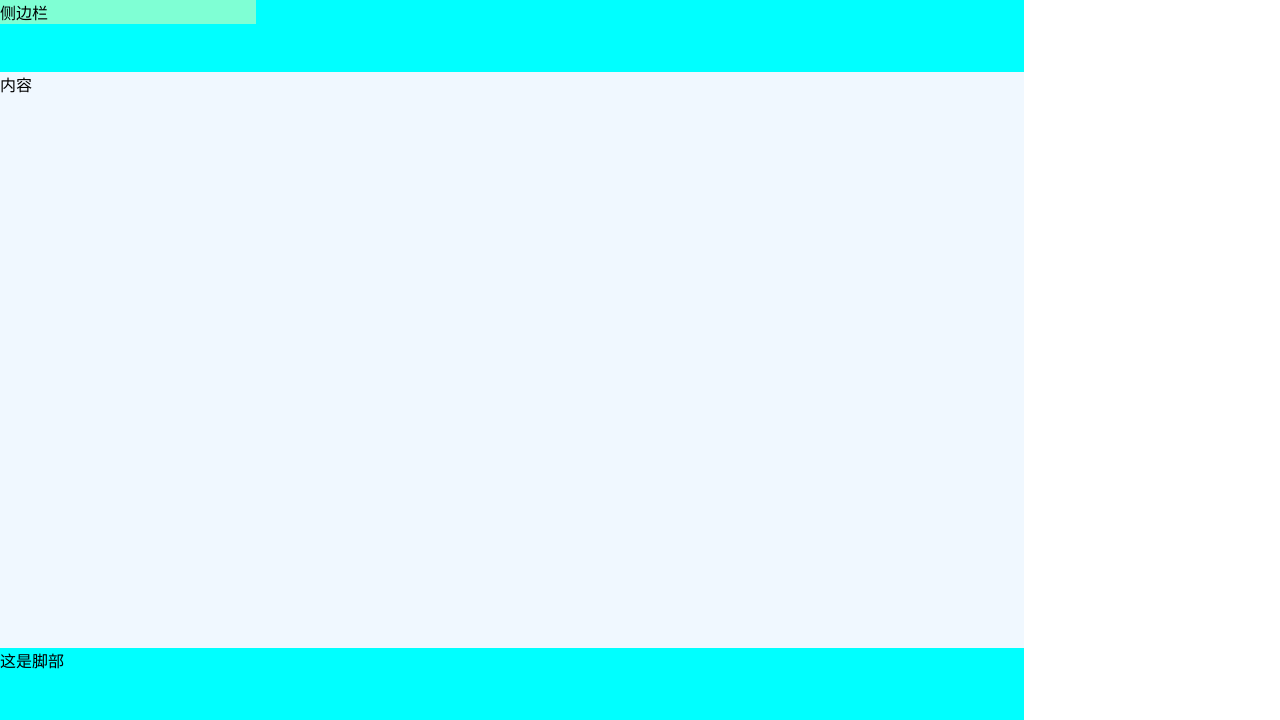
Repository: krm007/my
Page: layout.html
The author's editor kept a copy of each file at every save. The page is drawn from the files as they stood at one save, then again after the next save.
The browser window is 1280 px wide. The pictures show the whole page.

Above is the page before, as saved 2019-01-23 11:02:19.

After the next save:
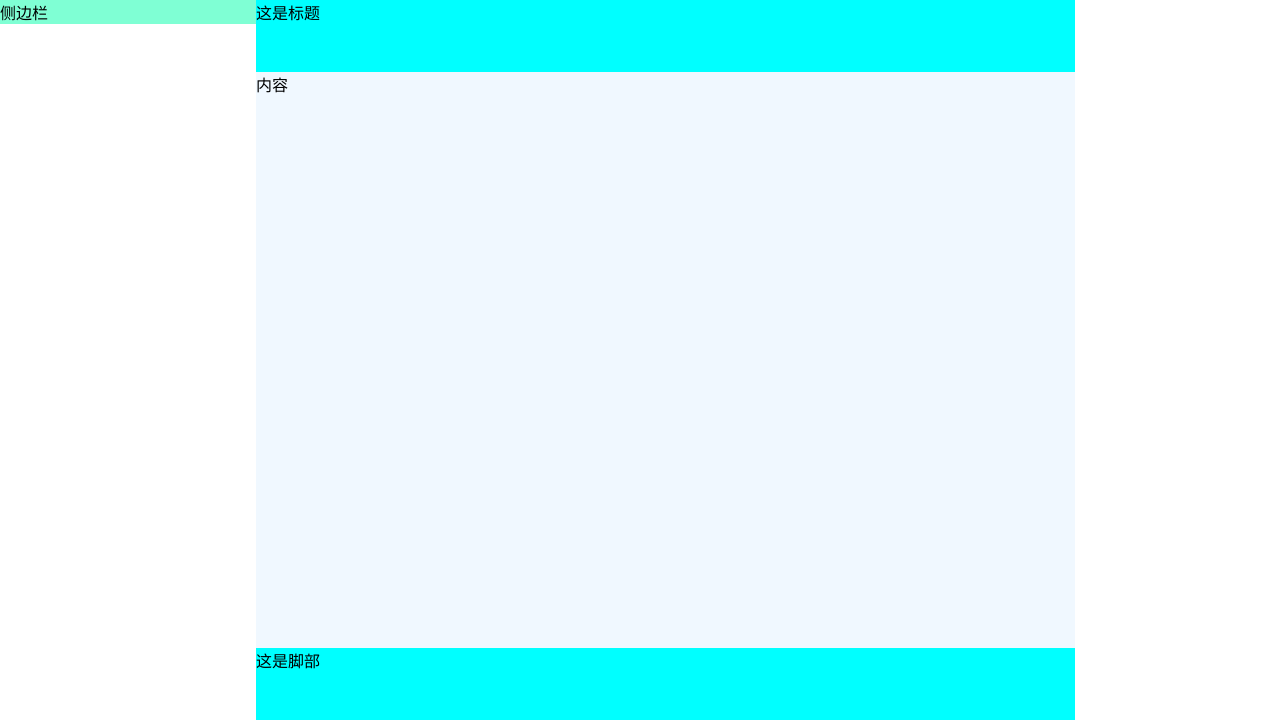
Saved 2 min 1 s later.
--- a/layout.html
+++ b/layout.html
@@ -19,6 +19,13 @@
         left: 0;
         top: 0;
     }
+    div{
+        width: 80%;
+        height: 100vh;
+        position: relative;
+        left: 20%;
+        top: 0
+    }
     header,footer{
         display: block;
         width: 80%;
@@ -37,9 +44,12 @@
 </head>
 <body>
     <section>侧边栏</section>
-    <header>这是标题</header>
-    <article>内容</article>
-    <footer>这是脚部</footer>
+    <div>
+            <header>这是标题</header>
+            <article>内容</article>
+            <footer>这是脚部</footer>
+    </div>
+
 
 </body>
 </html>
